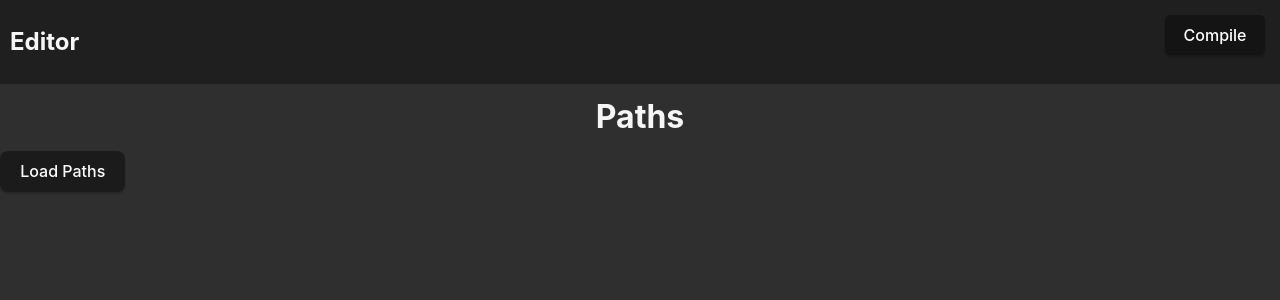
Repository: toasted226/visual-scripting-js
Page: /
These files come from the project's save history. The page is drawn as it stood at one moment and after the next save; the edit follows.
The browser window is 1280 px wide. The pictures show the whole page.
The project was rebuilt for these pictures with package versions that can differ from the ones it lists, and the page was loaded fresh each time. Also part of the build but not shown: vite.config.ts.

Above is the page before, as saved 2023-06-12 18:55:40.

### index.html
<!DOCTYPE html>
<html lang="en">
  <head>
    <meta charset="UTF-8" />
    <link rel="icon" type="image/svg+xml" href="/vite.svg" />
    <meta name="viewport" content="width=device-width, initial-scale=1.0" />
    <title>Visual Scripting for JavaScript</title>
  </head>

  <body>
    <div id="root"></div>
    <script type="module" src="/src/main.tsx"></script>
  </body>
</html>

### src/App.tsx
import { invoke } from "@tauri-apps/api/tauri";
import { useState } from "react";
import "./App.css";
import Navbar from "./Navbar";

function App() {
    const [paths, setPaths] = useState<string[]>([]);

    // Do not run this function every rendering frame, will freeze the app!
    function load_paths() {
        invoke("enumerate_files", { dir: "C:/Users/keaga/OneDrive/Documents" })
            .then((res) => {
                setPaths(res as string[]);
            })
            .catch((err) => {
                console.error(err);
            });
    }

    return (
        <div className="container">
            <Navbar />
            <div className="content">
                <h1>Paths</h1>
                {/* TODO: We need to have some sort of native menu option to select a directory */}
                <button onClick={load_paths}>Load Paths</button>
                {paths.map((path) => {
                    return <p>{path}</p>
                })}
            </div>
        </div>
    );
}

export default App;

### src/styles.css
:root {
    --dark: #2f2f2f;
    --light: #f6f6f6;

    font-family: Inter, Avenir, Helvetica, Arial, sans-serif;
    font-size: 16px;
    line-height: 24px;
    font-weight: 400;

    color: #f6f6f6;
    background-color: #2f2f2f;

    font-synthesis: none;
    text-rendering: optimizeLegibility;
    -webkit-font-smoothing: antialiased;
    -moz-osx-font-smoothing: grayscale;
    -webkit-text-size-adjust: 100%;
}

/* width */
::-webkit-scrollbar {
    width: 10px;
}

/* Track */
::-webkit-scrollbar-track {
    background: #1f1f1f;
}

/* Handle */
::-webkit-scrollbar-thumb {
    background: #3f3f3f;
}

/* Handle on hover */
::-webkit-scrollbar-thumb:hover {
    background: #555;
}

.row {
    display: flex;
    justify-content: center;
}

a {
    font-weight: 500;
    color: #646cff;
    text-decoration: inherit;
}

a:hover {
    color: #535bf2;
}

h1 {
    text-align: center;
}

input,
button {
    border-radius: 8px;
    border: 1px solid transparent;
    padding: 0.6em 1.2em;
    font-size: 1em;
    font-weight: 500;
    font-family: inherit;
    transition: border-color 0.25s;
    box-shadow: 0 2px 2px rgba(0, 0, 0, 0.2);
    outline: none;
    color: #ffffff;
    background-color: #0f0f0f98;
}

button {
    cursor: pointer;
}

button:hover {
    border-color: #ffffff;
}

button:active {
    background-color: #0f0f0f69;
}

### src/Navbar.tsx
import { invoke } from "@tauri-apps/api/tauri";
import "./Navbar.css";

function Navbar() {
    return (
        <nav className="navbar">
            <h1>Editor</h1>
            <button className="compile-btn">Compile</button>
        </nav>
    );
}

export default Navbar;

### src/Navbar.css
.navbar {
    background-color: #1f1f1f;
    margin: 0;
    padding: 10px;
    display: flex;
    justify-content: space-between;
}

.compile-btn {
    color: white;
    border-radius: 5px;
    padding: 5px;
    margin: 5px;
    width: 100px;
    height: 40px;
}

.compile-btn:hover {
    background-color: #1f1f1f;
    border: 1px solid white;
}

Loaded but not shown: src/main.tsx (common file); src/App.css (common file)

After the next save:
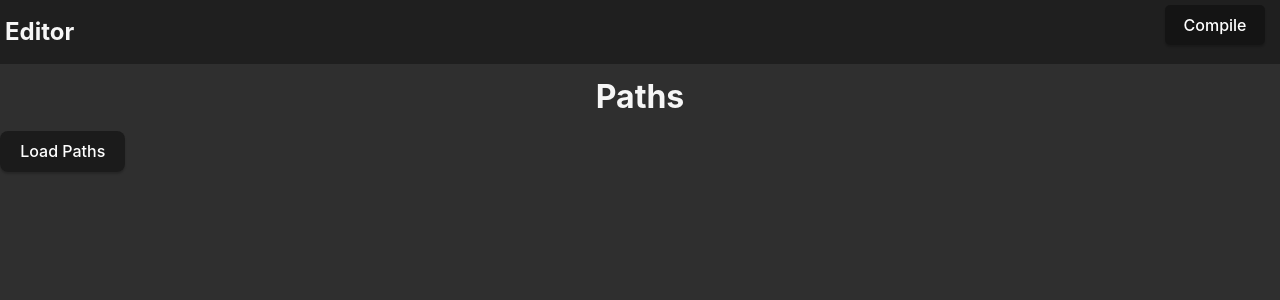
Saved 8 min 24 s later.
--- a/src/Navbar.css
+++ b/src/Navbar.css
@@ -1,7 +1,7 @@
 .navbar {
     background-color: #1f1f1f;
     margin: 0;
-    padding: 10px;
+    padding: 0 10px 0 5px;
     display: flex;
     justify-content: space-between;
 }
